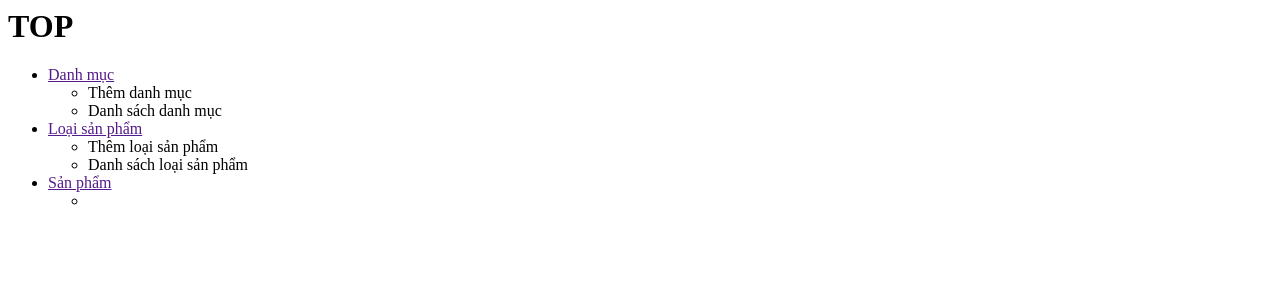
Repository: dangloc/ShoeShop
Page: admin/category.html
An editor plug-in stored every save of this project. The page is shown before and after a run of saves, followed by the edit.
The browser window is 1280 px wide. The pictures show the whole page.

Above is the page before, as saved 2022-06-19 09:26:55.

### admin/category.html
<html lang="en">
<head>
  <meta charset="UTF-8">
  <meta http-equiv="X-UA-Compatible" content="IE=edge">
  <meta name="viewport" content="width=device-width, initial-scale=1.0">
  <link rel="stylesheet" href="./style.css">
  <title>Danh mục sản phẩm</title>
</head>
<body>
  <header>
    <h1>TOP</h1>
  </header>

  <div class="admin-content-left">
    <ul>
      <li><a href="">Danh mục</a>
        <ul>
          <li>Thêm danh mục</li>
          <li>Danh sách danh mục</li>
        </ul>
      </li>

      <li> <a href="">Loại sản phẩm</a>
        <ul>
          <li>Thêm loại sản phẩm</li>
          <li>Danh sách loại sản phẩm</li>
        </ul>
      </li>

      <li> <a href="">Sản phẩm</a>
        <ul>
          <li></li>
        </ul>
      </li>
    </ul>
  </div>

  <section class="admin-content">

  </section>
</body>
</html>

Loaded but not shown: admin/style.css (no stored copy; drawn as an empty file)

After the next 2 saves:
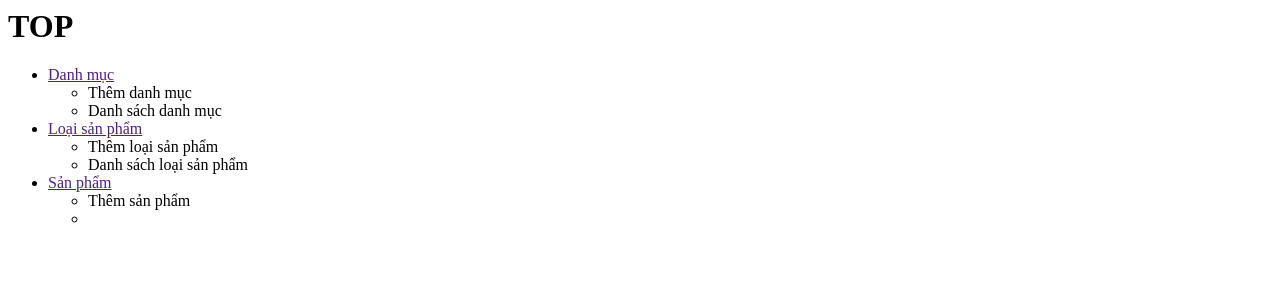
The 2 saves are shown as one change because they came seconds apart.
The last was saved 7 s later.
--- a/admin/category.html
+++ b/admin/category.html
@@ -29,6 +29,7 @@
 
       <li> <a href="">Sản phẩm</a>
         <ul>
+          <li>Thêm sản phẩm</li>
           <li></li>
         </ul>
       </li>
